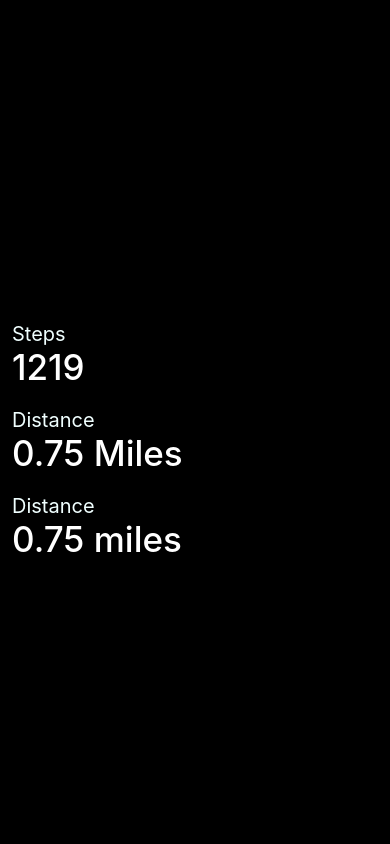
Repository: JamesPesenti/JiMTracker
Screen: /
The author's editor kept a copy of each file at every save. The screen is drawn from the files as they stood at one save, then again after the next save.
The app was drawn by React Native's web renderer in a window 390 px wide. The project was rebuilt for these pictures with package versions that can differ from the ones it lists, and the page was loaded fresh each time.

Above is the screen before, as saved 2023-06-16 12:12:13.

### App.tsx
import { StatusBar } from 'expo-status-bar';
import { StyleSheet, Text, View } from 'react-native';

type ValueProps = {
  label: string;
  value: string;
}

const Value = ({ label, value }: ValueProps) => {
  return (
    <>
     <View style={styles.valueContainer}>
      <Text style={styles.label}>{label}</Text>
      <Text style={styles.amount}>{value}</Text>
     </View>
    </>
  )
}


export default function App() {
  return (
    <View style={styles.container}>
      <Text>JIMtracker</Text>
        <Value label="Steps" value="1219" />
        <Value label="Distance" value="0.75 Miles" />
          {/* Training */}
           {/* <View style={styles.valueContainer}>
              <Text style={styles.label}>Weight Training</Text>
              <Text style={styles.amount}>Bicep curls</Text>
          </View> */}

        <View style={{flexDirection: 'row'}}>
          {/* Distance */}
          <View style={styles.valueContainer}>
              <Text style={styles.label}>Distance</Text>
              <Text style={styles.amount}>0.75 miles</Text>
          </View>
        </View>
      <StatusBar style="auto" />
    </View>
  );
}

const styles = StyleSheet.create({
  container: {
    flex: 1,
    backgroundColor: 'black',
    justifyContent: 'center',
    padding: 12,
    marginHorizontal: 0,
    gap: 20
  },
  valueContainer: {
    color: "white",
  },
  label: {
    color: "azure",
    fontSize: 20,
  },
  amount: {
    color: "white",
    fontSize: 35,
    fontWeight: "500"
  }
});

After the next save:
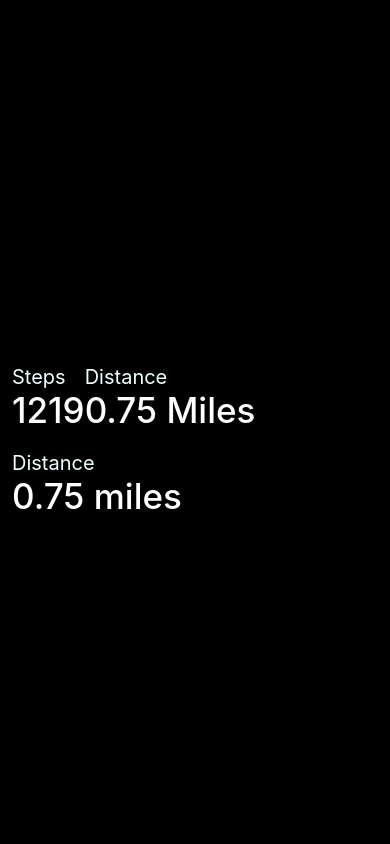
Saved 30 s later.
--- a/App.tsx
+++ b/App.tsx
@@ -22,8 +22,10 @@ export default function App() {
   return (
     <View style={styles.container}>
       <Text>JIMtracker</Text>
-        <Value label="Steps" value="1219" />
-        <Value label="Distance" value="0.75 Miles" />
+       <View style={{flexDirection: "row"}}>
+          <Value label="Steps" value="1219" />
+          <Value label="Distance" value="0.75 Miles" />
+       </View>
           {/* Training */}
            {/* <View style={styles.valueContainer}>
               <Text style={styles.label}>Weight Training</Text>
